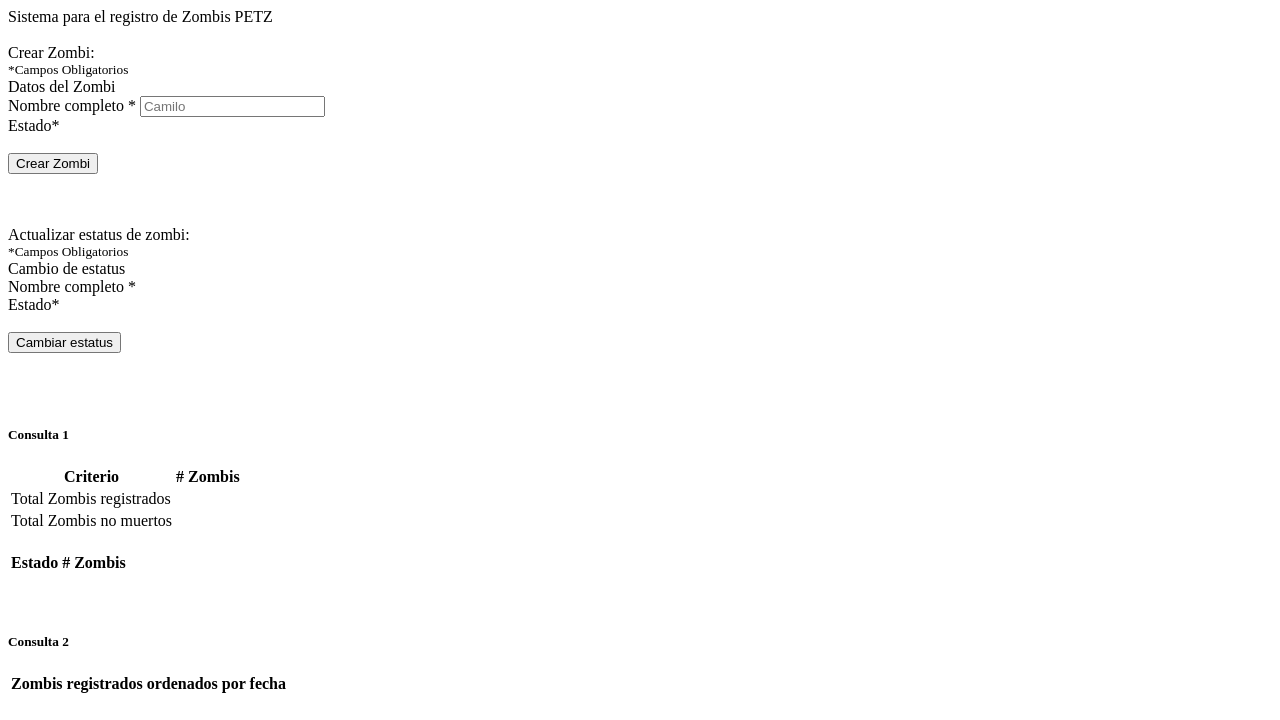
Repository: cgonzalezc27/daw_a01209969
Page: Examen parcial 2/_forma_agregar_zombi.html
The author's editor kept a record of every edit. The page is drawn from the files as they stood at one moment, then again after the next edit.
The browser window is 1280 px wide. The pictures show the whole page.

Above is the page before.

After the next edit:
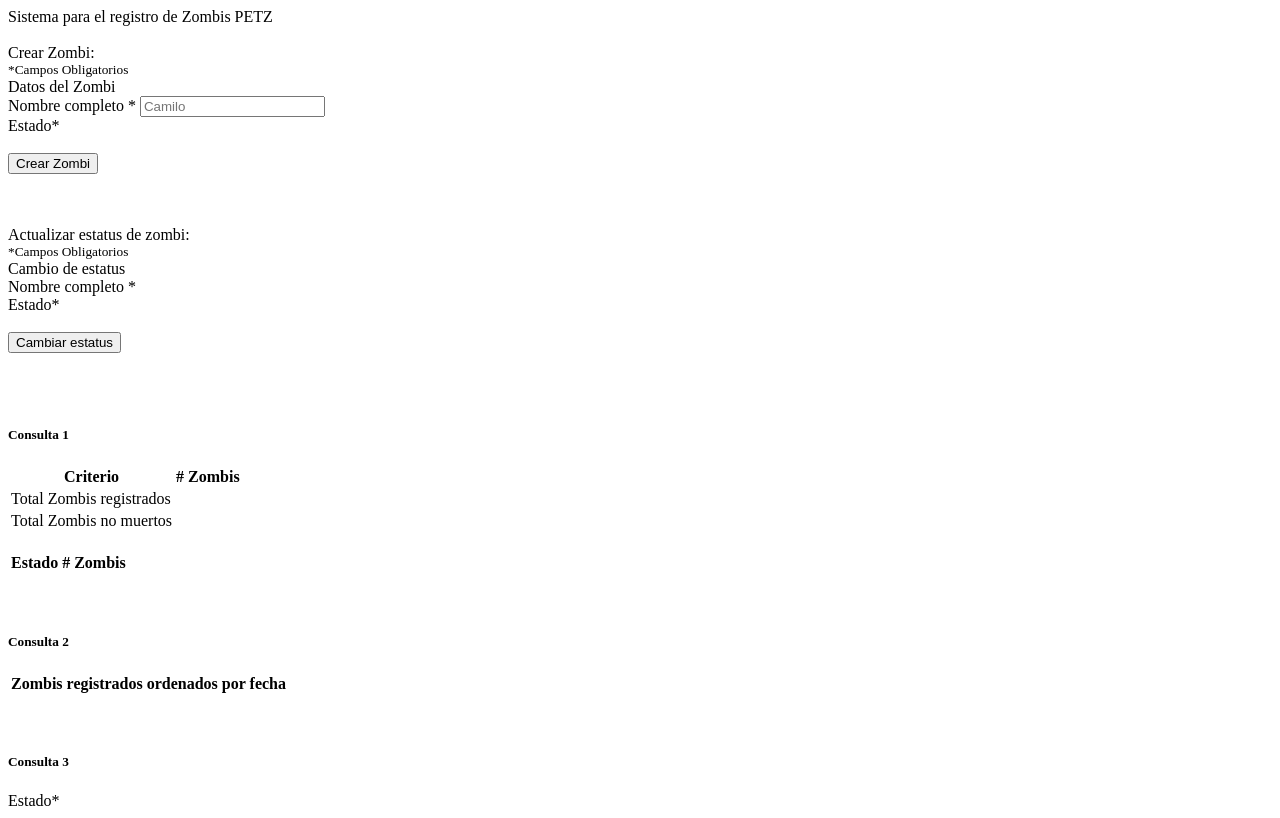
The edit:
--- a/Examen parcial 2/_forma_agregar_zombi.html
+++ b/Examen parcial 2/_forma_agregar_zombi.html
@@ -90,4 +90,15 @@
         </tr>
         <?= $registro ?>
     </table>
+    <br>
+    <br>
+    <h5>Consulta 3</h5>
+    <div class="row">
+                <div class="col-4 text-right">
+                    <label for="NombreE">Estado<span class="required">*</span></label>
+
+                        <?= $estadosc ?>
+
+                </div>
+            </div>
 </div>
